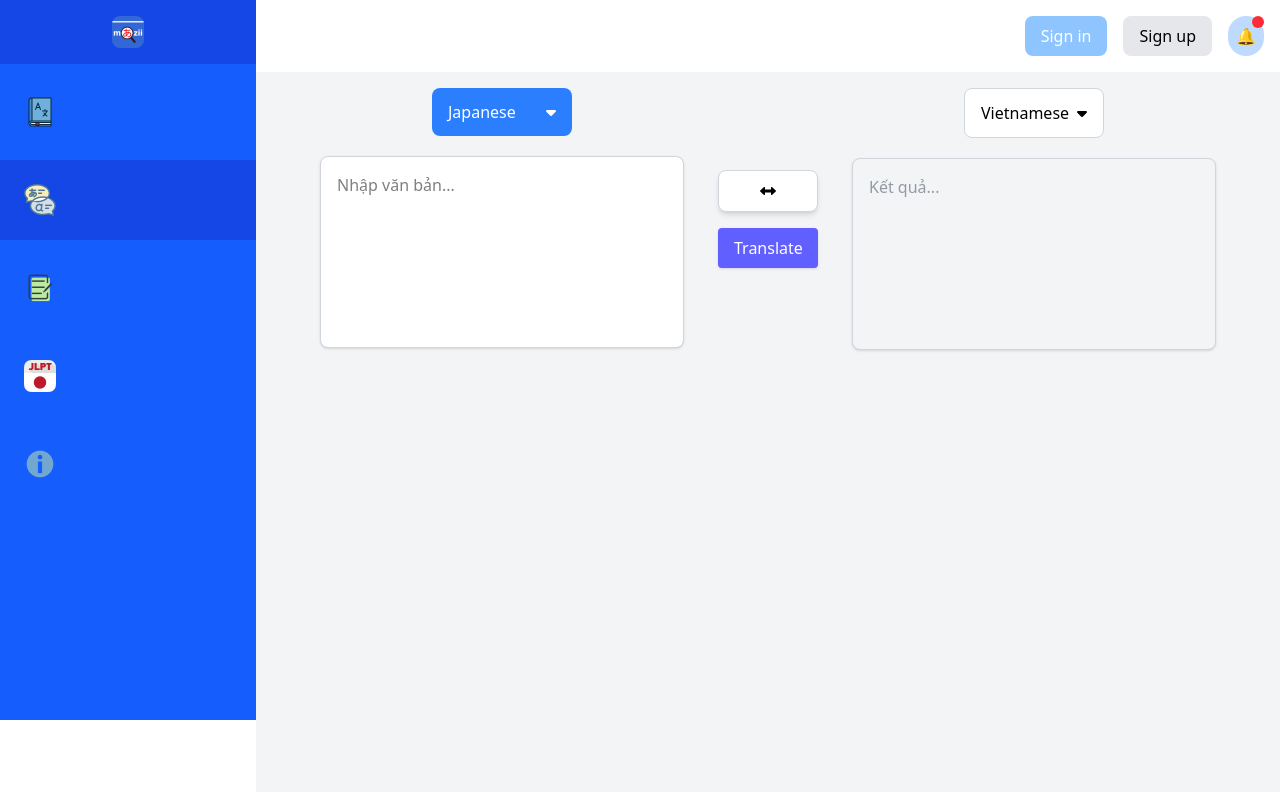
Repository: reminzuetto/JapaneseTranslationApp
Page: /translate
These files come from the project's save history. The page is drawn as it stood at one moment and after the next save; the edit follows.
The browser window is 1280 px wide. The pictures show the whole page.
The page's requests for data from a server got no answer. The project was rebuilt for these pictures with package versions that can differ from the ones it lists, and the page was loaded fresh each time. No one was signed in, and anything a server would have sent is missing. Also part of the build but not shown: vite.config.js, src/components/Header/NotificationItem.jsx, src/components/SeachBar/DropDownButton.jsx, src/components/SeachBar/SearchInput.jsx, src/components/SeachBar/SearchBar.jsx, src/pages/Home.jsx, src/Firebase.jsx, src/pages/SignInForm.jsx and 5 more.

Above is the page before, as saved 2025-03-18 00:11:49.

After the next save:
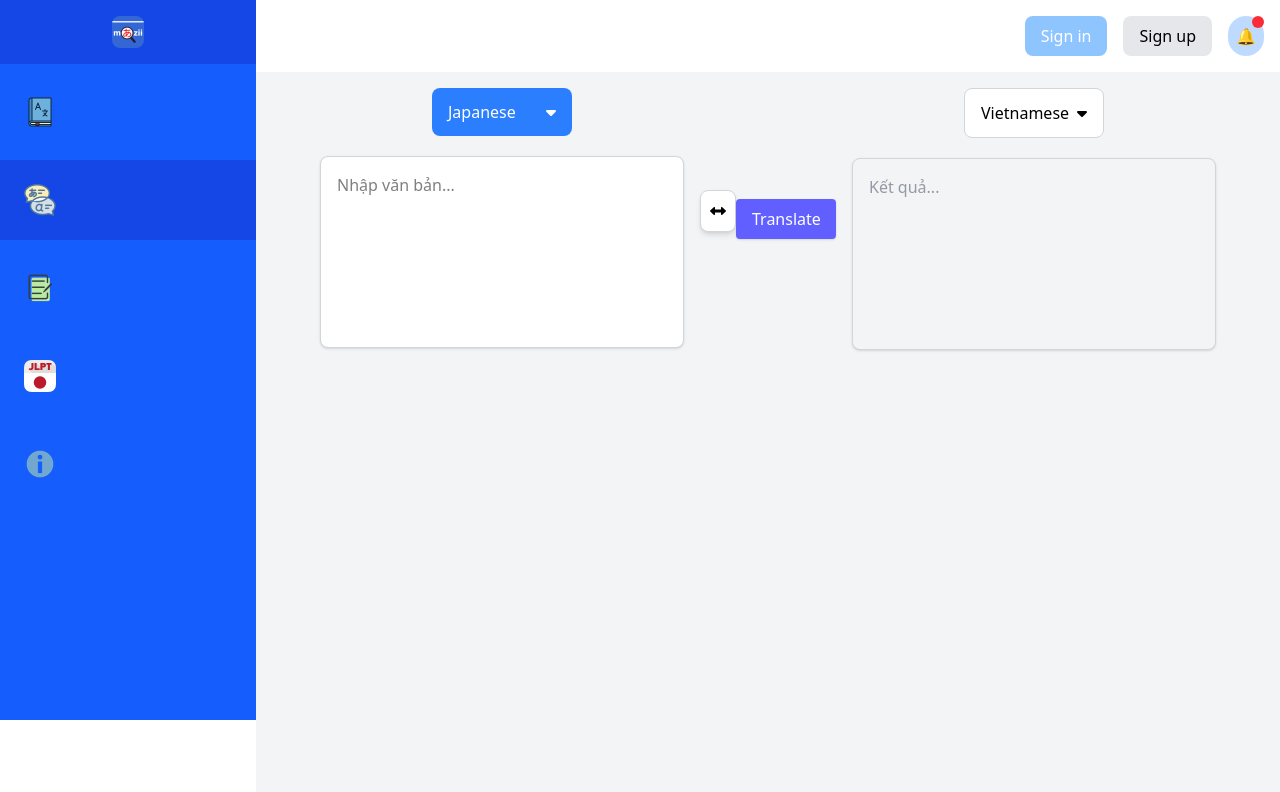
Saved 37 s later.
--- a/src/pages/TranslatePage.jsx
+++ b/src/pages/TranslatePage.jsx
@@ -56,7 +56,7 @@
         </div>
 
         {/* Khu vực nút chuyển đổi */}
-        <div className="col-span-2 flex flex-col justify-center items-center space-y-4">
+        <div className="col-span-2 flex justify-between justify-center items-center space-y-4">
           <button
             onClick={swapLanguages}
             className="p-2 bg-white w-[100px] text-black rounded-lg shadow-md border border-gray-300 hover:bg-gray-200 transition"

After the save that followed:
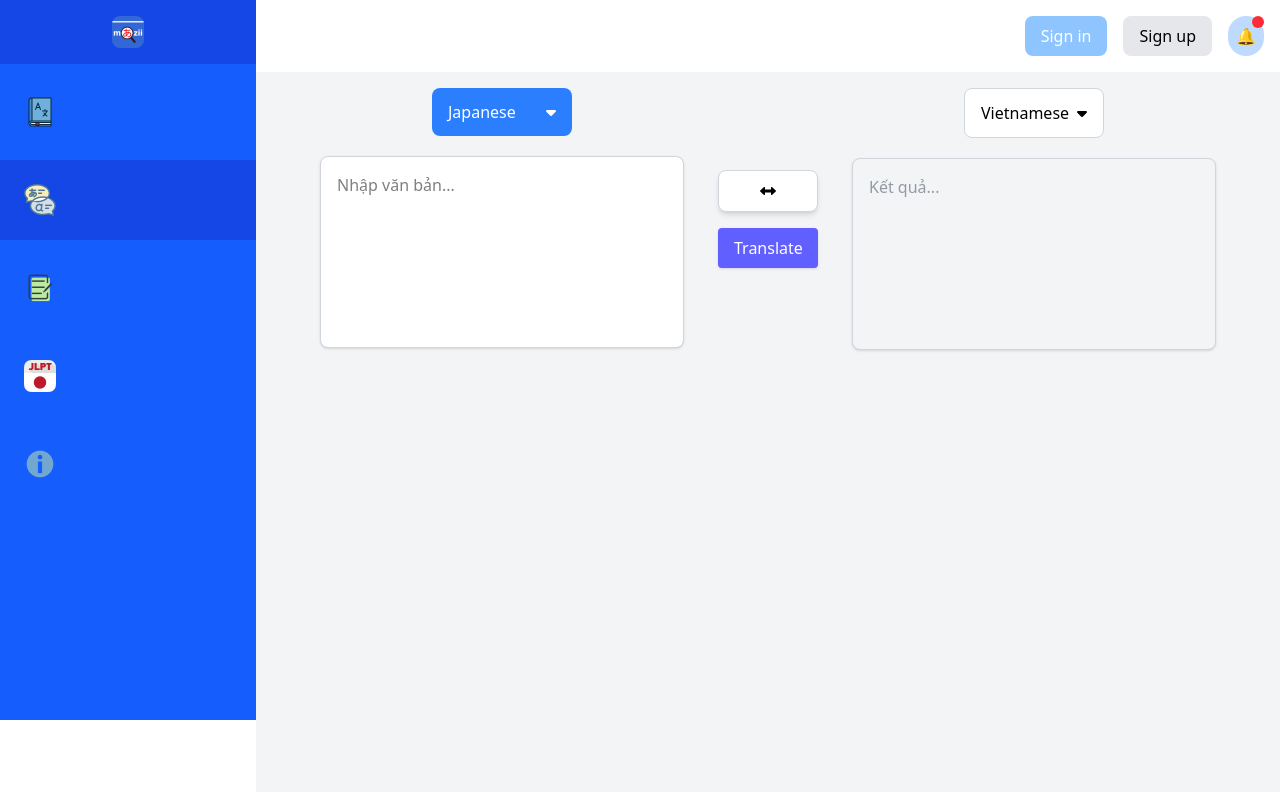
Saved 19 s later.
--- a/src/pages/TranslatePage.jsx
+++ b/src/pages/TranslatePage.jsx
@@ -56,7 +56,7 @@
         </div>
 
         {/* Khu vực nút chuyển đổi */}
-        <div className="col-span-2 flex justify-between justify-center items-center space-y-4">
+        <div className="col-span-2 flex flex-col justify-center items-center space-y-4">
           <button
             onClick={swapLanguages}
             className="p-2 bg-white w-[100px] text-black rounded-lg shadow-md border border-gray-300 hover:bg-gray-200 transition"
